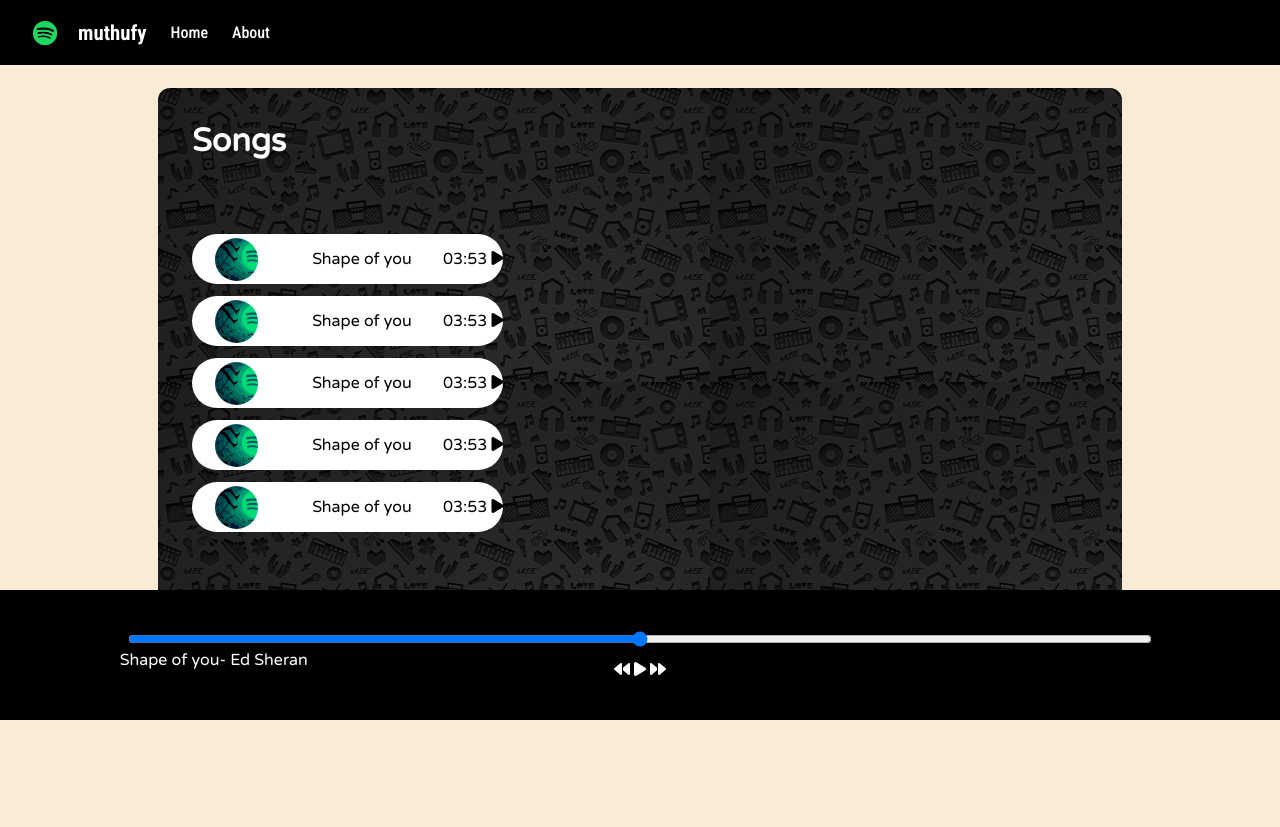
Repository: MBS-Muthiah/Spotify_clone
Page: index.html
An editor plug-in stored every save of this project. The page is shown before and after the next save, followed by the edit.
The browser window is 1280 px wide. The pictures show the whole page.
Some web libraries are served in a nearby version.

Above is the page before, as saved 2024-06-24 13:55:07.

After the next save:
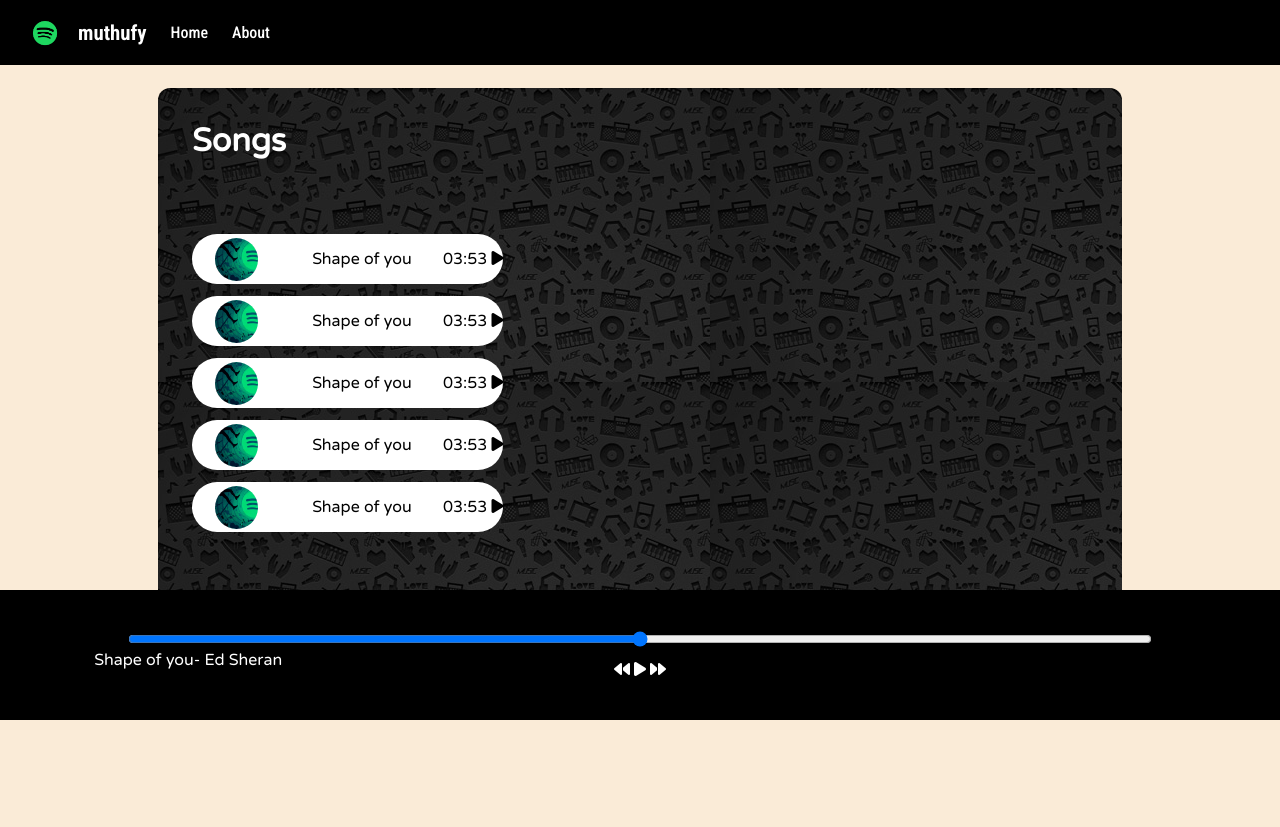
Saved 47 s later.
--- a/style.css
+++ b/style.css
@@ -105,7 +105,7 @@
 .songInfo{
     position:absolute;
     font-family: "Varela Round",sans-serif;
-    left:6vw;
+    left:4vw;
 }
 
 .songInfo img{
